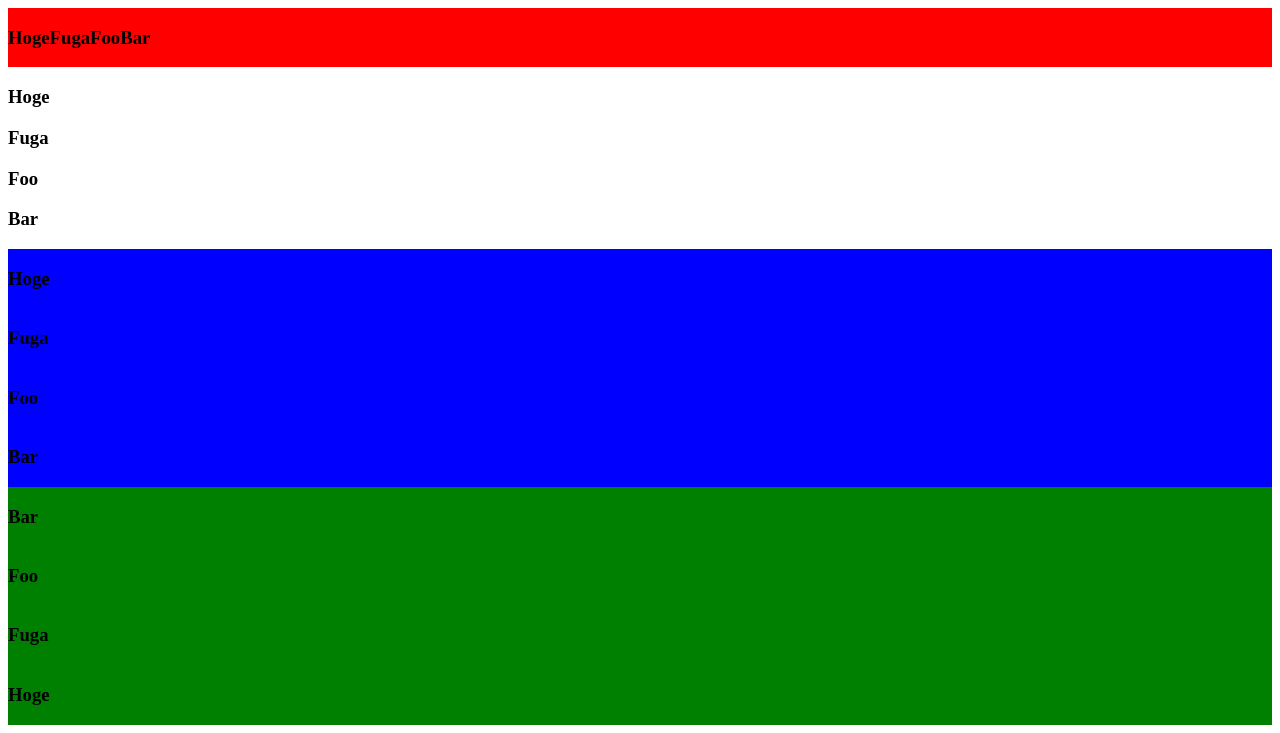
Repository: weld0814/samurai_HTML-css
Page: lesson14_flex.html
The author's editor kept a record of every edit. The page is drawn from the files as they stood at one moment, then again after the next edit.
The browser window is 1280 px wide. The pictures show the whole page.

Above is the page before.

### lesson14_flex.html
<!DOCTYPE html>
<html lang="ja">
<head>
    <meta charset="UTF-8">
    <style>
        #sort {
            display: flex;
            flex-direction: row;
            background-color: red;
        }

        #reberse {
            display: flex;
            flex-direction: row-reverse;
            background-color: yellow;
        }

        #column {
            display: flex;
            flex-direction: column;
            background-color: blue;
        }

        #column-reverse {
            display: flex;
            flex-direction: column-reverse;
            background-color: green;
        }

    </style>
</head>
<body>
    <div id="sort">
        <h3>Hoge</h3>
        <h3>Fuga</h3>
        <h3>Foo</h3>
        <h3>Bar</h3>
    </div>

    <div id="reverse">
        <h3>Hoge</h3>
        <h3>Fuga</h3>
        <h3>Foo</h3>
        <h3>Bar</h3>
    </div>

    <div id="column">
        <h3>Hoge</h3>
        <h3>Fuga</h3>
        <h3>Foo</h3>
        <h3>Bar</h3>
    </div>

    <div id="column-reverse">
        <h3>Hoge</h3>
        <h3>Fuga</h3>
        <h3>Foo</h3>
        <h3>Bar</h3>
    </div>
</body>
</html>

After the next edit:
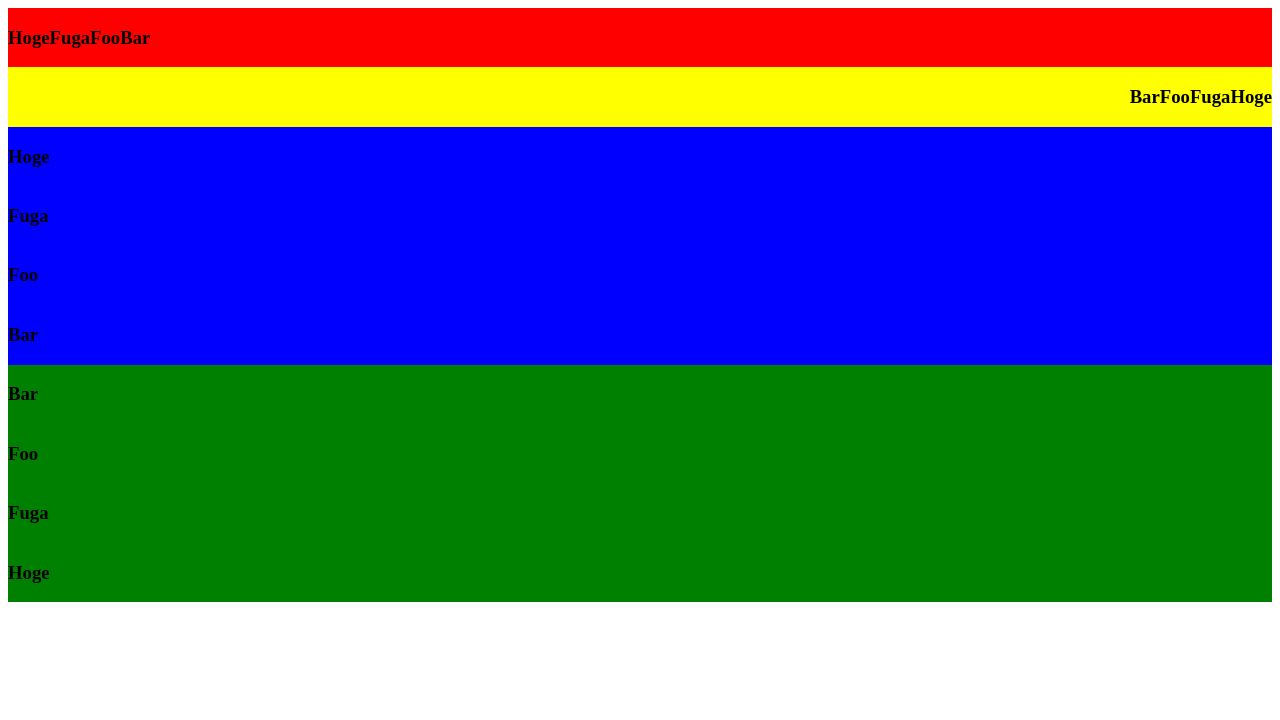
The edit:
--- a/lesson14_flex.html
+++ b/lesson14_flex.html
@@ -9,7 +9,7 @@
             background-color: red;
         }
 
-        #reberse {
+        #reverse {
             display: flex;
             flex-direction: row-reverse;
             background-color: yellow;
